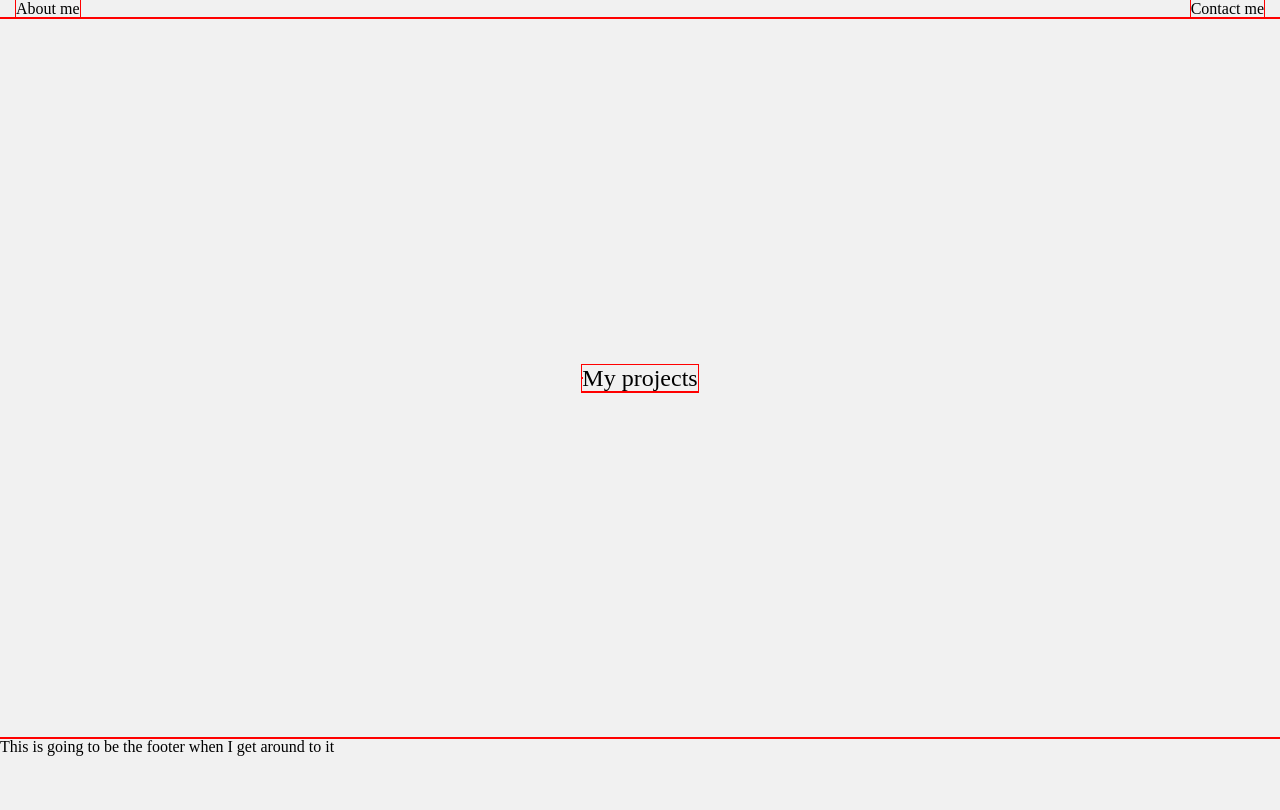
Repository: lynn-the-owl/lynnhtet
Page: index.html
These files come from the project's save history. The page is drawn as it stood at one moment and after the next save; the edit follows.
The browser window is 1280 px wide. The pictures show the whole page.
Some web fonts or font styles are not loaded; a fallback is used. Some web libraries are served in a nearby version.

Above is the page before, as saved 2023-10-10 00:26:18.

After the next save:
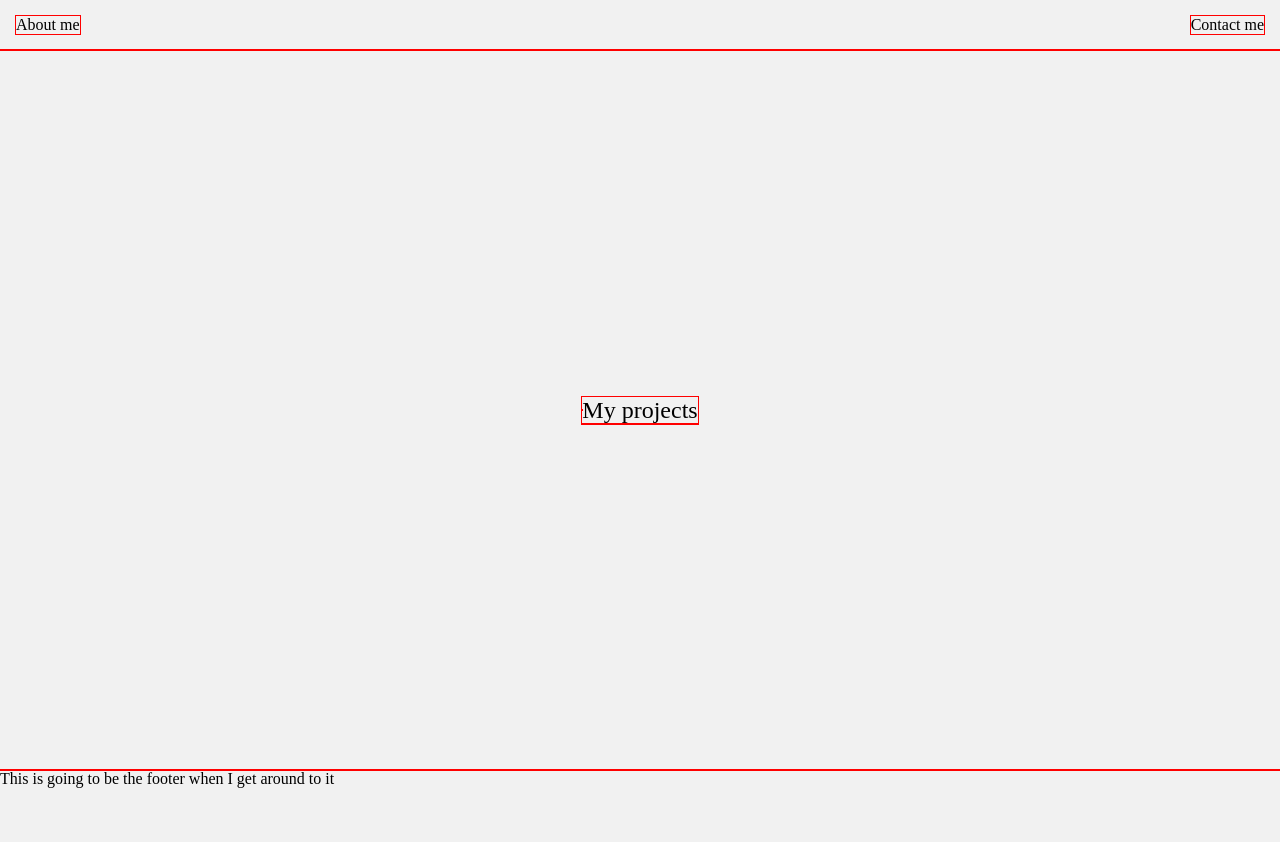
Saved 9 s later.
--- a/style.css
+++ b/style.css
@@ -27,8 +27,7 @@ p {
 
 .header {
 
-    padding-left: 1em;
-    padding-right: 1em;
+    padding: 1em;
     display: flex;
     justify-content: space-between;
 }
